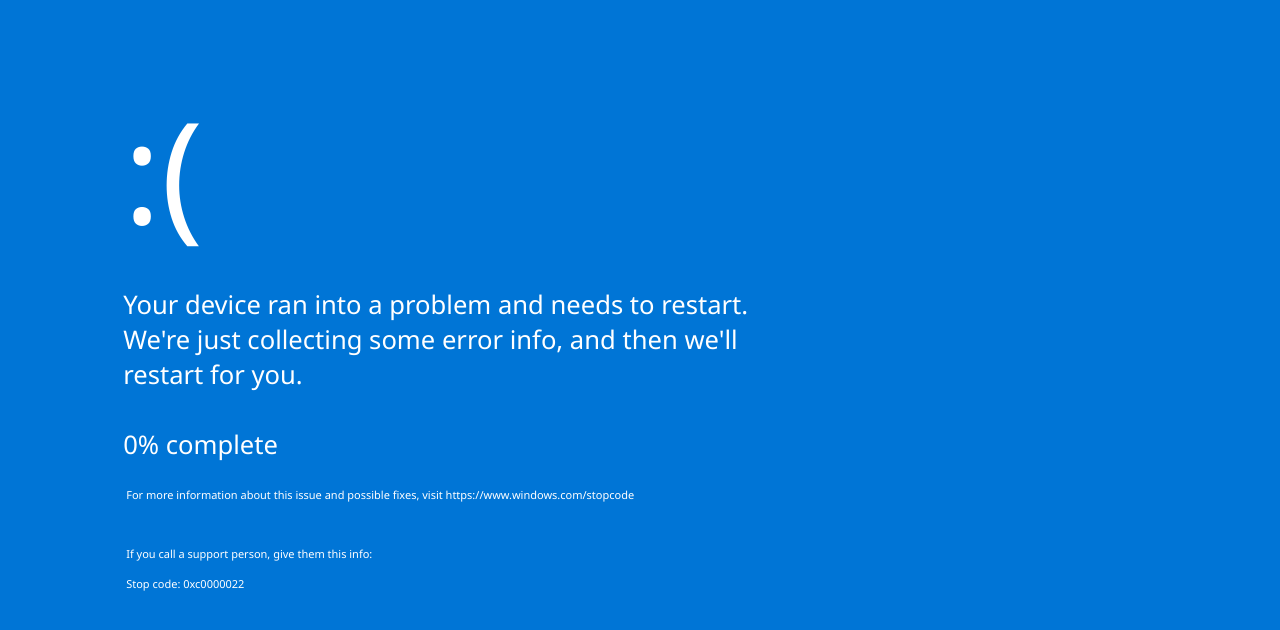
Repository: end888160/end888160.github.io
Page: BSoD2.html
These files come from the project's save history. The page is drawn as it stood at one moment and after the next save; the edit follows.
The browser window is 1280 px wide. The pictures show the whole page.

Above is the page before, as saved 2024-09-22 23:19:42.

### BSoD2.html
<!DOCTYPE html>
<html lang="en">
	<meta name="viewport" content="width=device-width, initial-scale=1">
<style>
   html {
		font-family: 'Segoe UI', Tahoma, Geneva, Verdana, sans-serif!important;
		background-color: #0075d6!important;
		color:#ffffff!important;
		padding-left: 9vw;
	}

	#face {
		padding-top: 9vh;
		font-weight: 300;
		font-size: 11vw;
	}

	#your {
		font-weight: 100;
		font-size: 2vw;

	}
	#for {
		font-weight: 100;
		font-size: 11px;
	}

</style>
<div id="face">:(</div><br>
<div id="your">Your device ran into a problem and needs to restart.<br>
	We're just collecting some error info, and then we'll<br>
	restart for you.<br>
	<br>
	0% complete </div>
	<br>
	<table>
		<td><div id="for">For more information about this issue and possible fixes, visit https://www.windows.com/stopcode</div><br>
		<br>
		<div id="for">If you call a support person, give them this info:<br><br>
		Stop code: 0xc0000022 </div>
		</td>
	</table>
</html>

After the next save:
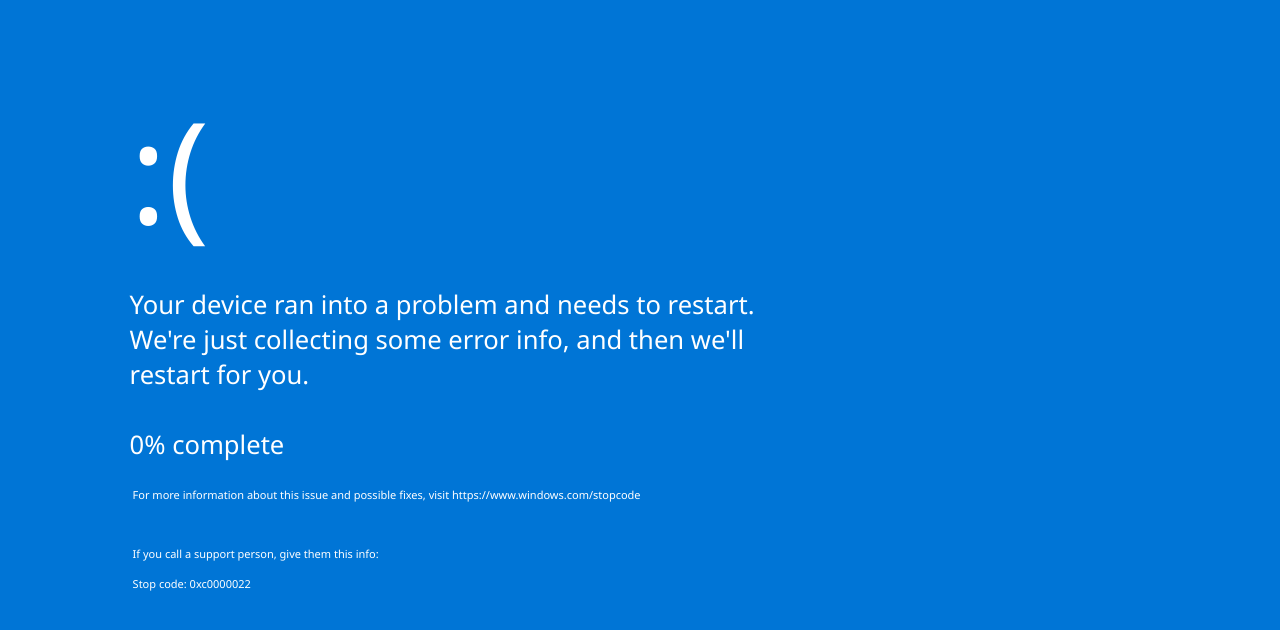
Saved 10 s later.
--- a/BSoD2.html
+++ b/BSoD2.html
@@ -6,7 +6,7 @@
 		font-family: 'Segoe UI', Tahoma, Geneva, Verdana, sans-serif!important;
 		background-color: #0075d6!important;
 		color:#ffffff!important;
-		padding-left: 9vw;
+		padding-left: 9.5vw;
 	}
 
 	#face {
